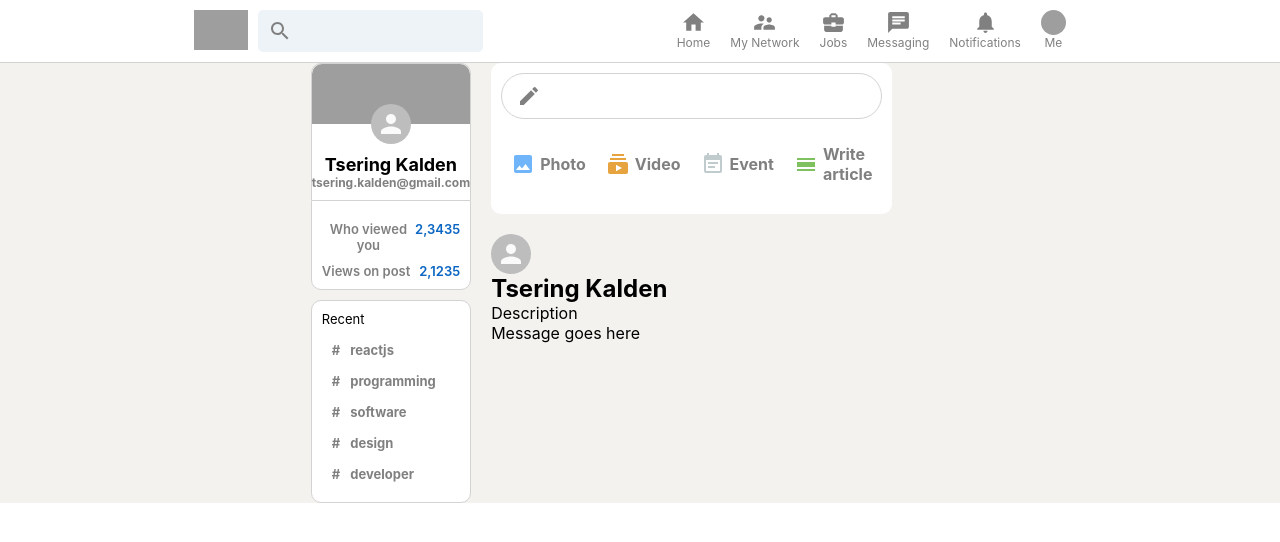
Repository: exiled-kal/linkedInreact-redux
Page: /
An editor plug-in stored every save of this project. The page is shown before and after a run of saves, followed by the edit.
The browser window is 1280 px wide. The pictures show the whole page.
Pictures or frames that could not be fetched are drawn as grey boxes. The project was rebuilt for these pictures with package versions that can differ from the ones it lists, and the page was loaded fresh each time.

Above is the page before, as saved 2020-12-23 21:12:51.

After the next 4 saves:
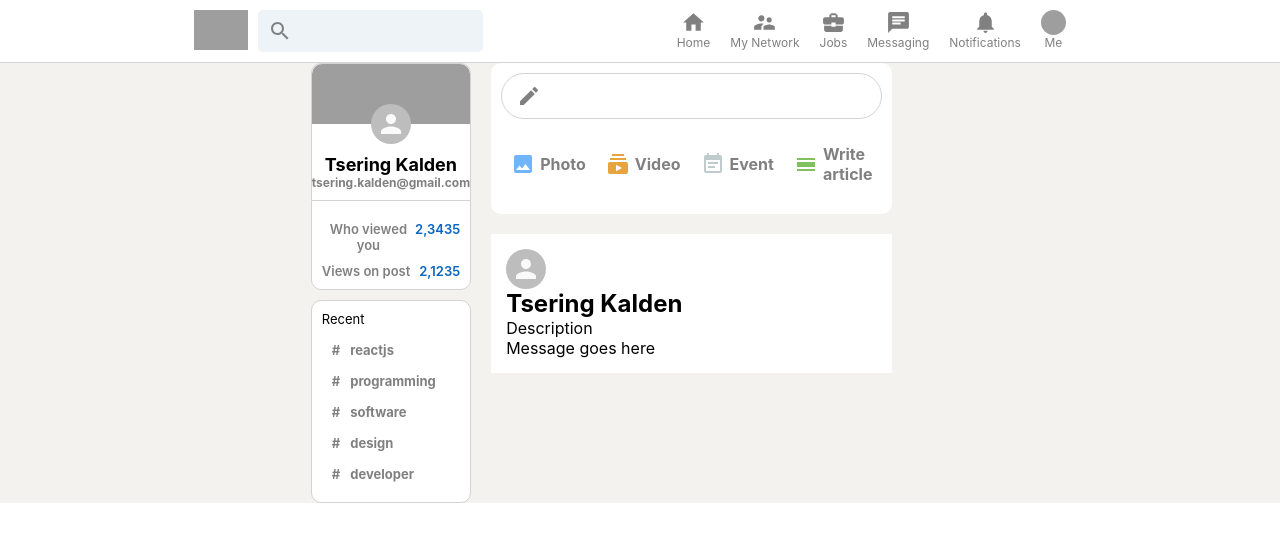
The 4 saves are shown as one change because they came seconds apart.
The last was saved 12 s later.
--- a/src/Post.css
+++ b/src/Post.css
@@ -1,3 +1,5 @@
 .post {
-    background-color: ;
+    background-color: white;
+    padding: 15px;
+
 }
